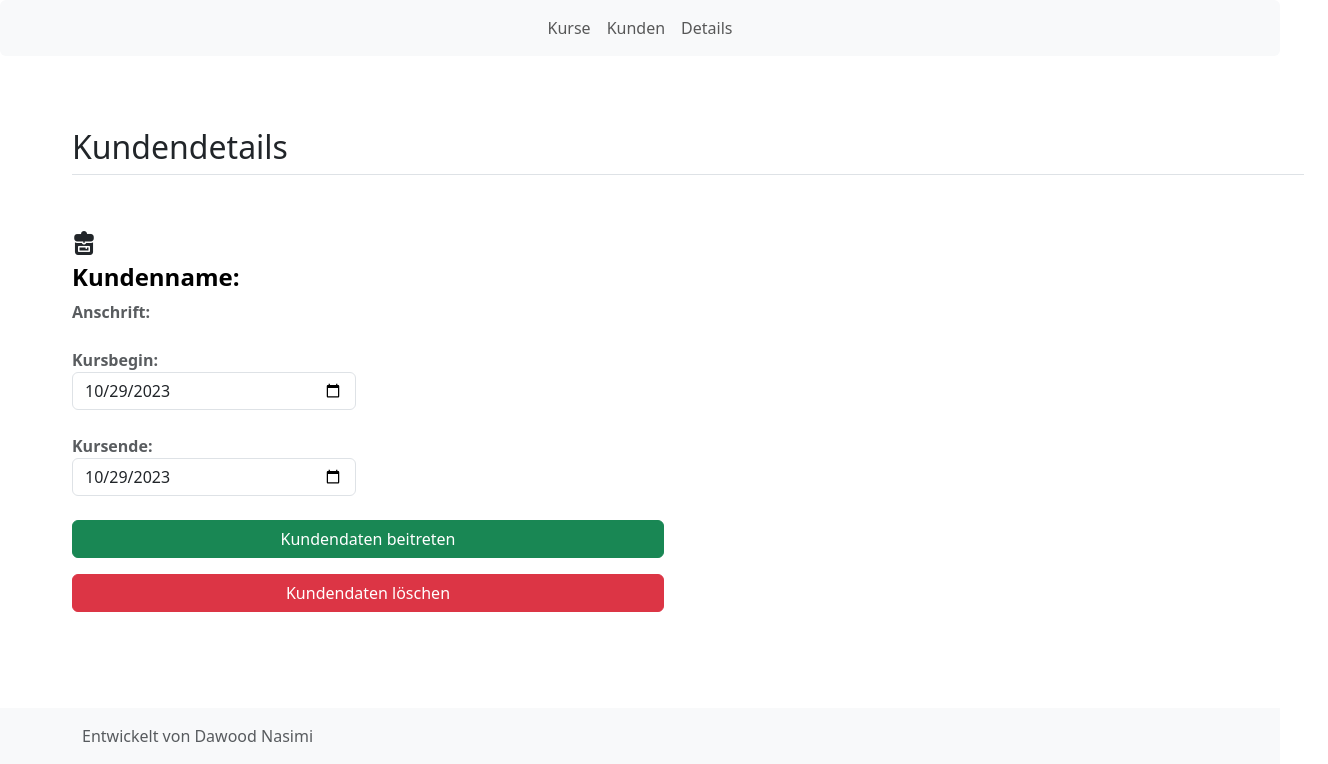
Repository: Dawoodnasimi/kurse
Page: templates/kunden/show.html.twig
The author's editor kept a copy of each file at every save. The page is drawn from the files as they stood at one save, then again after the next save.
The browser window is 1280 px wide. The page is 1328 px wide, then 1280 px, so the pictures cover 1328 px, including what lies to the right of the window. The pictures show the whole page.
The page is a Twig template of a Symfony application; nobody is signed in and links lead nowhere. Other server files are loaded and not shown. The template is opened directly, without the code that normally fills it, so the values that code supplies are empty.

Above is the page before, as saved 2023-10-29 12:39:21.

### templates/kunden/show.html.twig
{% extends 'base.html.twig' %}

{% block title %}
	Kunden
{% endblock %}

{% block body %}
	<div class="container-fluid mx-5 px-4 py-5 kundendetails">
		<h2 class="pb-2 border-bottom">Kundendetails</h2>

		<div class="row row-cols-1 row-cols-md-2 align-items-md-center g-5 py-5">
			<div class="col d-flex flex-column gap-2">
				<div class="col">
					<div class="row row-cols-1 row-cols-sm-2 g-4">
						<div class="col d-flex flex-column gap-2">
							<div class="bi bi-backpack4-fill d-inline-flex align-items-center justify-content-start bg-gradient fs-4 rounded-3"></div>
							<h4 class="fw-semibold mb-0 text-body-emphasis"><strong>Kundenname: </strong>{{ kunde.name }}</h4>
							<p class="text-body-secondary"><strong>Anschrift: </strong>{{ kunde.anschrift }}</p>
							<p class="text-body-secondary"><strong>Kursbegin: </strong>
							<input type='date' class='form-control' id='date' name='date' value='{{ kunde.begin|date('Y-m-d') }}' required>
							</p>
							<p class="text-body-secondary"><strong>Kursende: </strong>
							<input type='date' class='form-control' id='date' name='date' value='{{ kunde.ende|date('Y-m-d') }}' required>
							</p>
						</div>
					</div>
				</div>

				<a href="{{ path('app_kunden') }}/bearbeiten/{{ kunde.id }}" class="btn btn-success mb-2" type="button">Kundendaten beitreten</a>
				<a href="{{ path('app_kunden') }}/loeschen/{{ kunde.id }}" class="btn btn-danger" type="button">Kundendaten löschen</a>

			</div>

		</div>
	</div>
{% endblock %}

### templates/base.html.twig
<!DOCTYPE html>
<html>
	<head>
		<meta charset="UTF-8">
		<title>
			{% block title %}
			Kurse
			{% endblock %}
		</title>

		{% block stylesheets %}
		{{ encore_entry_link_tags('app') }}
		<link href="https://cdn.jsdelivr.net/npm/bootstrap@5.3.2/dist/css/bootstrap.min.css" rel="stylesheet" integrity="sha384-T3c6CoIi6uLrA9TneNEoa7RxnatzjcDSCmG1MXxSR1GAsXEV/Dwwykc2MPK8M2HN" crossorigin="anonymous">
		<link rel="stylesheet" href="https://cdn.jsdelivr.net/npm/bootstrap-icons@1.11.1/font/bootstrap-icons.css">

		{% endblock %}


		{% block javascripts %}
		{{ encore_entry_script_tags('app') }}

		<script src="https://cdn.jsdelivr.net/npm/bootstrap@5.3.2/dist/js/bootstrap.bundle.min.js" integrity="sha384-C6RzsynM9kWDrMNeT87bh95OGNyZPhcTNXj1NW7RuBCsyN/o0jlpcV8Qyq46cDfL" crossorigin="anonymous"></script>

		{% endblock %}

	</head>

	<body>

{% block header %}
    <nav class="navbar navbar-expand-lg bg-body-tertiary rounded" aria-label="Twelfth navbar example">
        <div class="container-fluid">
            <button class="navbar-toggler" type="button" data-bs-toggle="collapse" data-bs-target="#navbars_ziff" aria-controls="navbars_ziff" aria-expanded="false" aria-label="Toggle navigation">
                <span class="navbar-toggler-icon"></span>
            </button>

            <div class="collapse navbar-collapse justify-content-md-center" id="navbars_ziff">
                <ul class="navbar-nav">
                    <li class="nav-item">
                        <a class="nav-link {% if app.request.attributes.get('_route') == 'app_kurse' %}active{% endif %}" aria-current="page" href="{{ path('app_kurse') }}">Kurse</a>
                    </li>
                    <li class="nav-item">
                        <a class="nav-link {% if app.request.attributes.get('_route') == 'app_kunden' %}active{% endif %}" href="{{ path('app_kunden') }}">Kunden</a>
                    </li>
                    <li class="nav-item">
                        <a class="nav-link {% if app.request.attributes.get('_route') == 'app_details' %}active{% endif %}" href="{{ path('app_details') }}">Details</a>
                    </li>
                </ul>
            </div>
        </div>
    </nav>
	<br>
{% endblock %}

{% block body %}{% endblock %}

{% block footer %}
		<footer class="footer mt-auto py-3 bg-body-tertiary">
			<div class="container">
				<span class="text-muted">Entwickelt von Dawood Nasimi</span>
			</div>
		</footer>
{% endblock %}

	</body>
</html>

Loaded but not shown: webpack.config.js (common file)

After the next save:
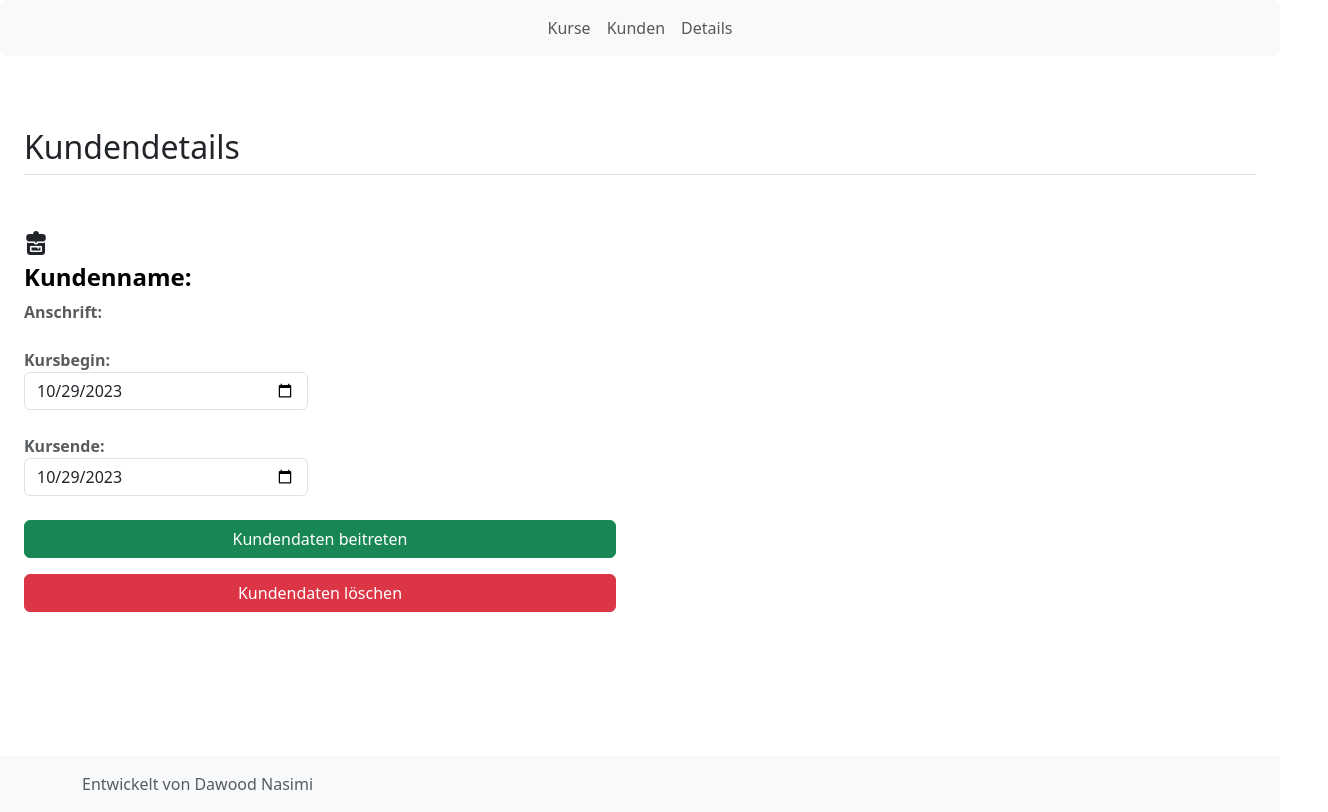
Saved 15 s later.
--- a/templates/kunden/show.html.twig
+++ b/templates/kunden/show.html.twig
@@ -5,7 +5,7 @@
 {% endblock %}
 
 {% block body %}
-	<div class="container-fluid mx-5 px-4 py-5 kundendetails">
+	<div class="container-fluid mb-5 px-4 py-5 kundendetails">
 		<h2 class="pb-2 border-bottom">Kundendetails</h2>
 
 		<div class="row row-cols-1 row-cols-md-2 align-items-md-center g-5 py-5">
